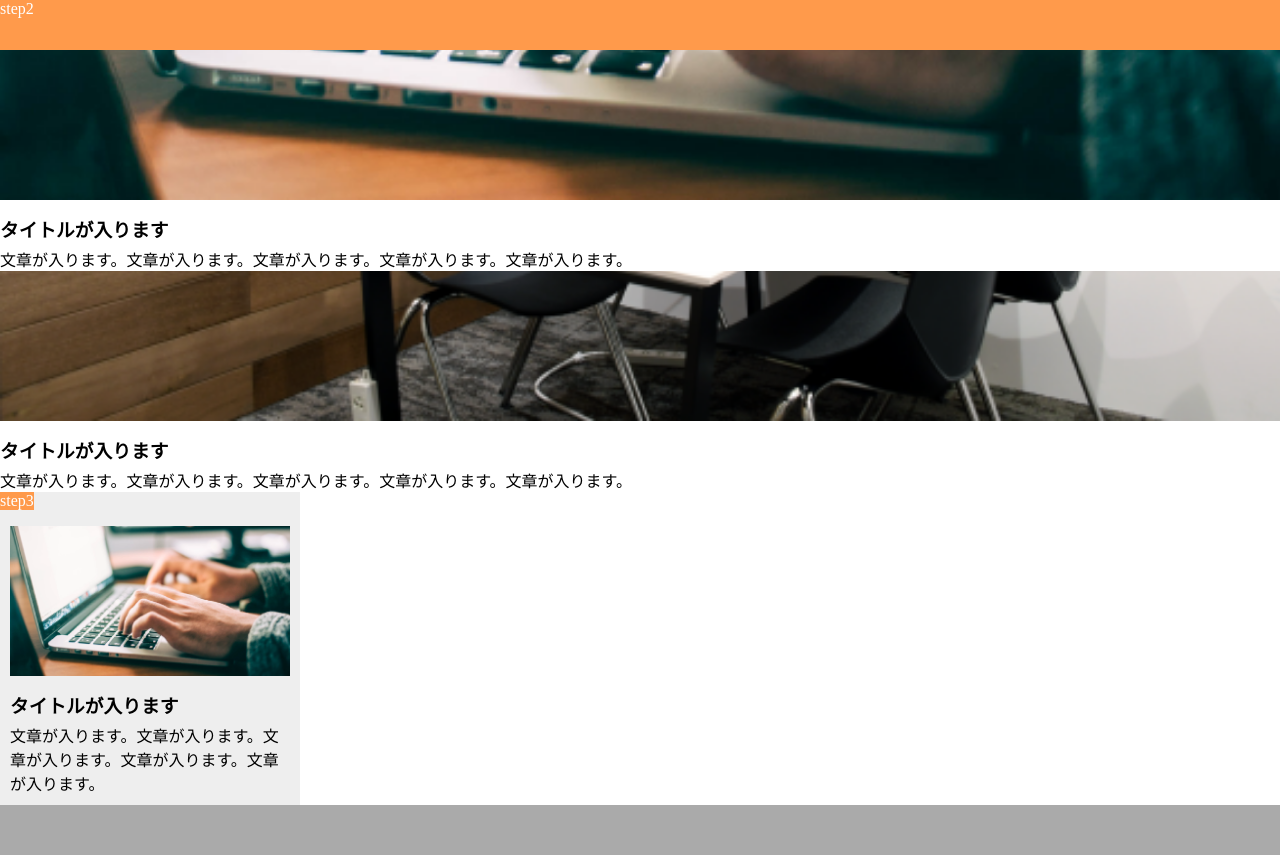
Repository: trmtmy/debug2
Page: chapter9/chapter9.html
The author's editor kept a record of every edit. The page is drawn from the files as they stood at one moment, then again after the next edit.
The browser window is 1280 px wide. The pictures show the whole page.
Some web libraries are served in a nearby version.

Above is the page before.

### chapter9/chapter9.html
<!DOCTYPE html>
<html lang="ja">
  <head>
    <meta charset="UTF-8" />
    <!-- FontAwesomeの読み込み -->
    <script src="https://kit.fontawesome.com/0393e2e04e.js" crossorigin="anonymous"></script>
    <!-- CSSファイルの読み込み -->
    <link rel="stylesheet" href="chapter9.css" />
    <title>9章</title>
  </head>

  <body>

<header>
  <div class="header"></div>
</header>

<div class="main">
  <div class="box1">
    <div class="img1"></div>
    <span class="step">step1</span>
    <h3 class="title">タイトルが入ります</h3>
    <p class="text">文章が入ります。文章が入ります。文章が入ります。文章が入ります。文章が入ります。</p>
  </div>

  <div class="box2">
    <div class="img2"></div>
    <span class="step">step2</span>
    <h3 class="title">タイトルが入ります</h3>
    <p class="text">文章が入ります。文章が入ります。文章が入ります。文章が入ります。文章が入ります。</p>
  </div>
  </div>

  <div class="box">
  　 <div class="img1"></div>
    <span class="step">step3</span>
    <h3 class="title">タイトルが入ります</h3>
    <p class="text">文章が入ります。文章が入ります。文章が入ります。文章が入ります。文章が入ります。</p>
  </div>
  </div>

</main>

<footer>
  <div class="footer">

  </div>
</footer>

  </body>
</html>

<a href="mailto:"></a>

### chapter9/chapter9.css
*{
  margin: 0;
  padding:  0;
  box-sizing: border-box;
}

header {
  background-color: #FF9A4B;
  height: 50px;
}

main {
width: 960px;
margin: 50px auto;
display: flex;
}

.box {
  width: 300px;
  margin-right: 30px;
  padding: 10px;
  position: relative;
  background-color: #EEEEEE;
}

.box:last-child {
  margin-right: 0;
}



.img1 {
  height: 150px;
  background-image: url(flow01.png);
  background-size: cover;
  background-position: bottom;
}


.img2 {
  height: 150px;
  background-image: url(flow02.png);
  background-size: cover;
  background-position: bottom;
}

.img3 {
  height: 150px;
  background-image: url(flow03.png);
  background-size: cover;
  background-position: bottom;
}

.step {
  position: absolute;
  top: 0;
  left: 0;
  background-color: #ff9a4b;
  color: #fff;
}

.title {
  margin: 15px 0 5px;
}

.footer {
  background-color: #AAAAAA;
  height: 50px;
}

@media screen and (max-width: 768px) {

  header {
    width: 100%;
  }

  main {
    width: 100%;
  display: block;
  margintop: 50px;

  }

  .box {
    width: 90%;
    margin: 0 auto;

  }

  .img1 {
    width:100%;
    height: 150px;

  }
  .img2 {
    width: 100%;
    height:150px;

  }
  .img3 {
    width: 100%;
    height: 150px;

  }

  .title {
    width: 100%;
  }

  footer {
    width: 100%;
  }
}

After the next edit:
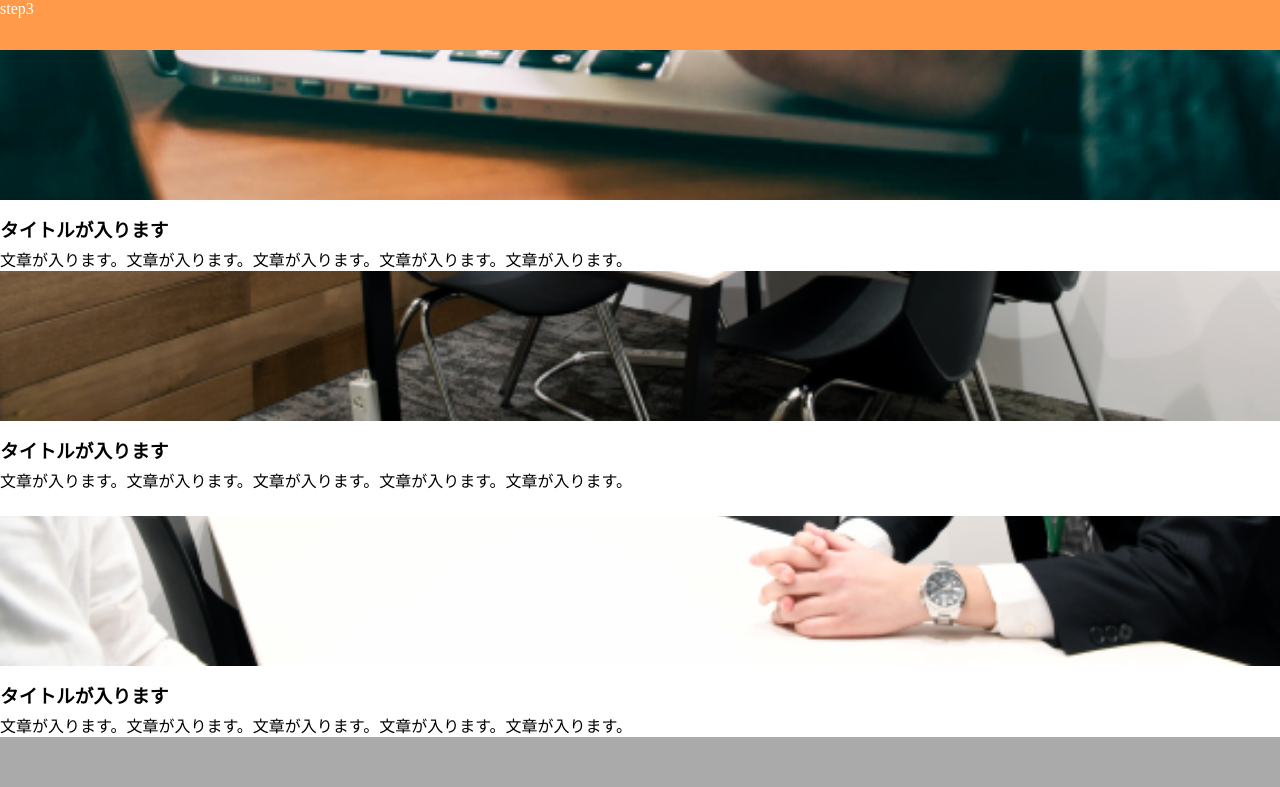
The edit:
--- a/chapter9/chapter9.html
+++ b/chapter9/chapter9.html
@@ -31,8 +31,8 @@
   </div>
   </div>
 
-  <div class="box">
-  　 <div class="img1"></div>
+  <div class="box3">
+  　 <div class="img3"></div>
     <span class="step">step3</span>
     <h3 class="title">タイトルが入ります</h3>
     <p class="text">文章が入ります。文章が入ります。文章が入ります。文章が入ります。文章が入ります。</p>
